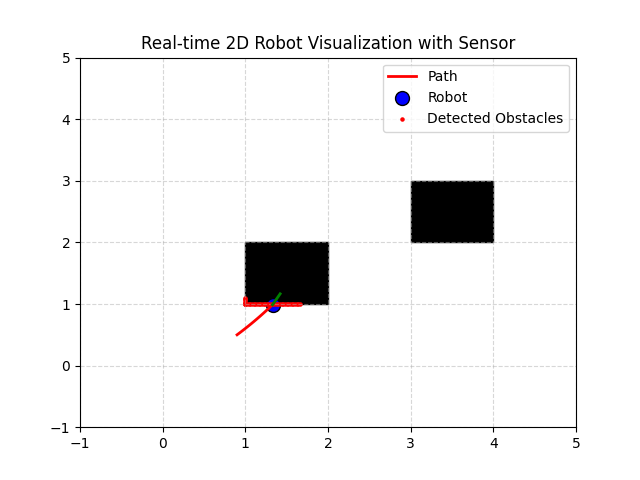
Repository: JLCucumber/comp0244-go2
Script's output: python src/cw1_team_2/2D_environment/main.py
These files come from the project's save history. The script's output is drawn as it stood at one moment and after the next save; the edit follows.
Animations are shown at an early frame. Random numbers start from a fixed seed.

Above is the script's output before, as saved 2025-02-16 02:46:10.

After the next save:
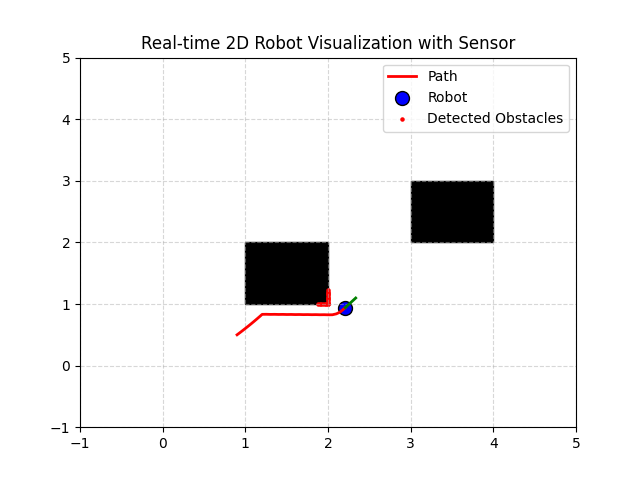
Saved 3 min 53 s later.
--- a/src/cw1_team_2/2D_environment/robot.py
+++ b/src/cw1_team_2/2D_environment/robot.py
@@ -1,18 +1,10 @@
 import numpy as np
 from obstacle_follow import ObstacleFollower
 
-
 class Robot:
-    """带方向的可移动机器人，增加局部传感器"""
+    """带方向的可移动机器人，增加局部传感器 & 障碍物跟随"""
 
     def __init__(self, env, start_pos=(0.5, 0.5), start_angle=0, sensor_range=0.35, step_size=0.05):
-        """
-        :param env: 环境对象
-        :param start_pos: 机器人起始位置
-        :param start_angle: 机器人起始朝向（弧度）
-        :param sensor_range: 传感器探测范围
-        :param step_size: 机器人移动的步长
-        """
         self.env = env
         self.position = np.array(start_pos)
         self.angle = start_angle  # 方向，以弧度表示
@@ -42,8 +34,10 @@ class Robot:
 
     def navigate(self):
         """导航逻辑：检测障碍物 -> 决定绕障或前进"""
-        if self.follower.follow_obstacle():
-            return  # 机器人在绕障，不进行其他操作
-        # self.move_forward()
-        self.move_forward()  # 机器人前进
-        self.rotate(0.01)  # 每步旋转 0.1 弧度
+        nearest_obs = self.follower.check_if_near_obstacle()
+
+        if nearest_obs is not None:
+            self.follower.follow_obstacle()  # 触发绕障
+        else:
+            self.move_forward()  # 机器人前进
+            self.rotate(0.01)  # 每步旋转 0.1 弧度
